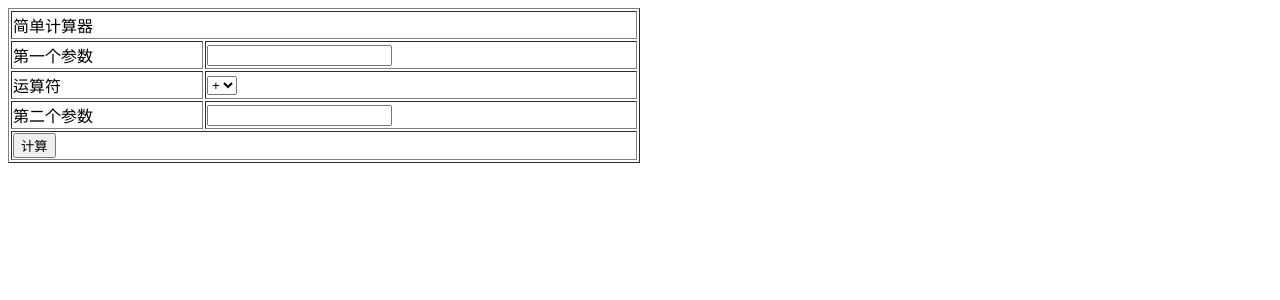
Repository: wsws1996/myproject
Page: http://localhost/day09/calculator.jsp
An editor plug-in stored every save of this project. The page is shown before and after a run of saves, followed by the edit.
The browser window is 1280 px wide. The pictures show the whole page.
The page is served by Tomcat 9. Other server files are loaded and not shown.

Above is the page before, as saved 2015-11-16 15:13:10.

### java/workspace/day09/WebRoot/calculator.jsp
<%@ page language="java" import="java.util.*" pageEncoding="UTF-8"%>

<!DOCTYPE HTML PUBLIC "-//W3C//DTD HTML 4.01 Transitional//EN">
<html>
<head>

<title>计算器</title>

</head>

<body style="text-align:center;">
	<form action="/day09/calculator.jsp" method="post">
		<table border="1" width="50%">
			<tr>
				<td colspan="2">简单计算器</td>
			</tr>
			<tr>
				<td>第一个参数</td>
				<td><input type="text" name="firstNum"></td>
			</tr>
			<tr>
				<td>运算符</td>
				<td><select name="operator">
						<option value="+">+</option>
						<option value="-">-</option>
						<option value="*">*</option>
						<option value="/">/</option>
				</select></td>
			</tr>
			<tr>
				<td>第二个参数</td>
				<td><input type="text" name="secondNum"></td>
			</tr>
			<tr>
				<td colspan="2"><input type="submit" value="计算"></td>
			</tr>
		</table>
	</form>
</body>
</html>

### java/workspace/day09/src/cn/wang/CalculatorBean.java
package cn.wang;

public class CalculatorBean {
	private double firstNum;
	private double secondNum;
	private char operator;
	private double result;

	public double getFirstNum() {
		return firstNum;
	}

	public void setFirstNum(double firstNum) {
		this.firstNum = firstNum;
	}

	public double getSecondNum() {
		return secondNum;
	}

	public void setSecondNum(double secondNum) {
		this.secondNum = secondNum;
	}

	public char getOperator() {
		return operator;
	}

	public void setOperator(char operator) {
		this.operator = operator;
	}

	public double getResult() {
		return result;
	}

	public void setResult(double result) {
		this.result = result;
	}

	public void calculate() {
		switch (this.operator) {
		case '+':
			this.result = this.firstNum + this.secondNum;
			break;

		case '-':
			this.result = this.firstNum - this.secondNum;
			break;
		case '*':
			this.result = this.firstNum * this.secondNum;
			break;
		case '/':
			this.result = this.firstNum / this.secondNum;
			break;
		default:
			throw new RuntimeException("对不起，传入的运算符非法");
		}
	}

}

After the next 3 saves:
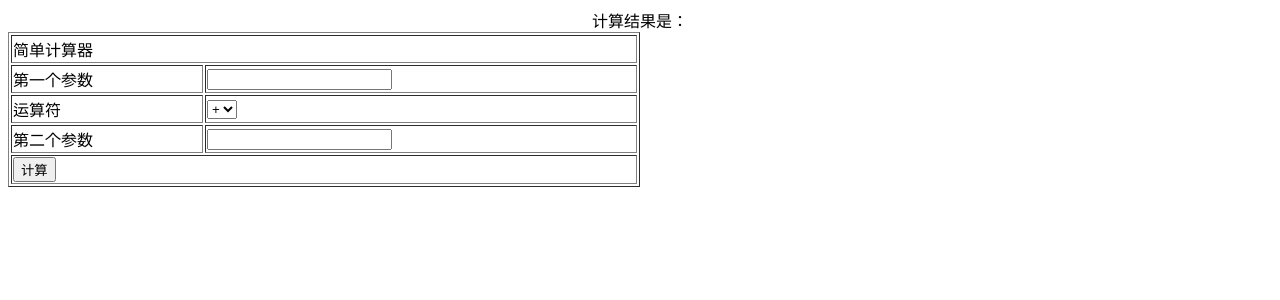
The 3 saves are shown as one change because 2 did not build or start.
The last was saved 5 min 29 s later.
--- a/java/workspace/day09/WebRoot/calculator.jsp
+++ b/java/workspace/day09/WebRoot/calculator.jsp
@@ -9,6 +9,11 @@
 </head>
 
 <body style="text-align:center;">
+
+	<jsp:useBean id="CalculatorBean" class="cn.wang.CalculatorBean" scope="page"></jsp:useBean>
+
+	计算结果是：
+
 	<form action="/day09/calculator.jsp" method="post">
 		<table border="1" width="50%">
 			<tr>
